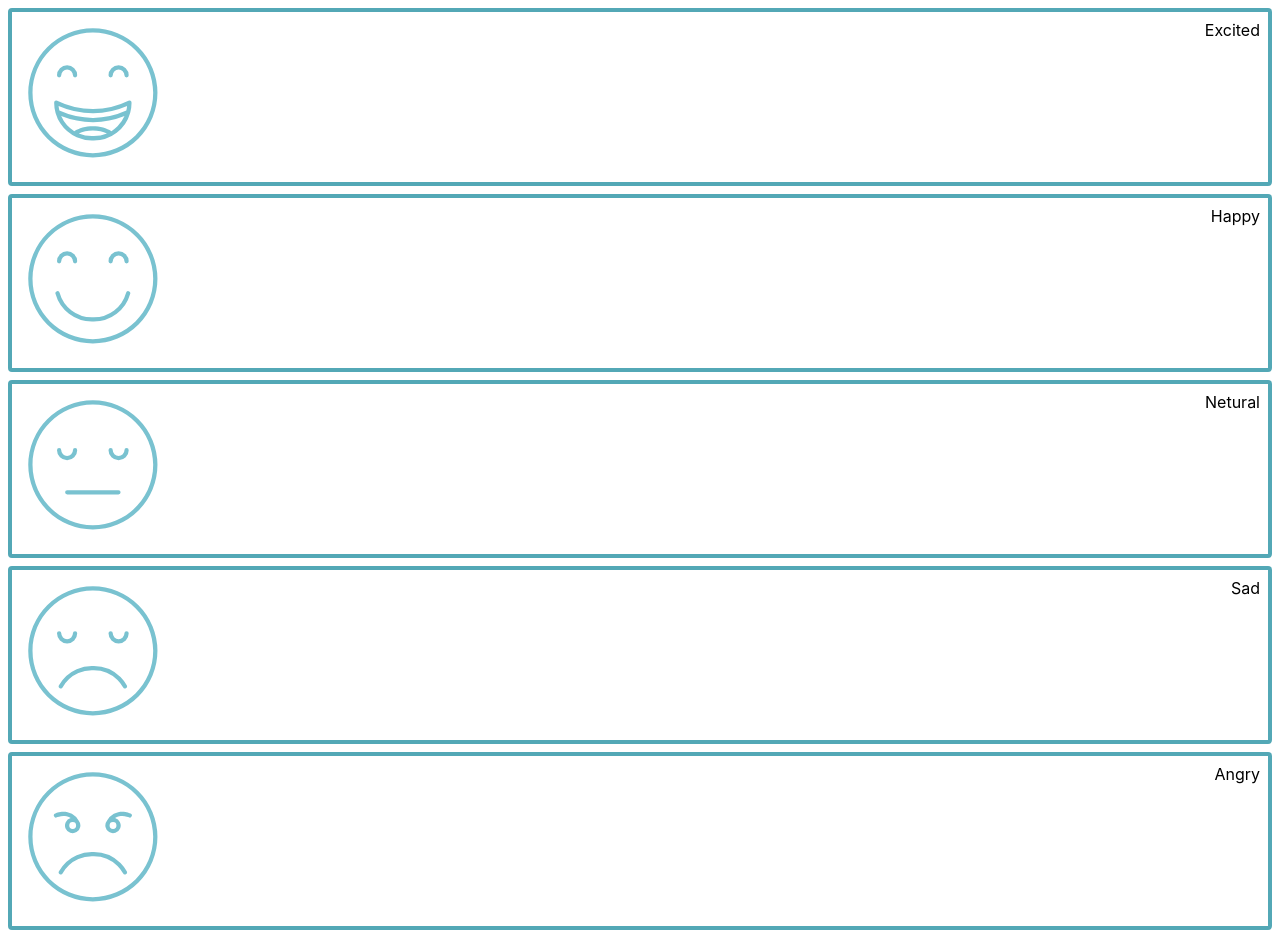
Repository: majakesin/moodify-app
Page: /
An editor plug-in stored every save of this project. The page is shown before and after the next save, followed by the edit.
The browser window is 1280 px wide. The pictures show the whole page.
The project was rebuilt for these pictures with package versions that can differ from the ones it lists, and the page was loaded fresh each time.

Above is the page before, as saved 2023-08-21 12:05:36.

After the next save:
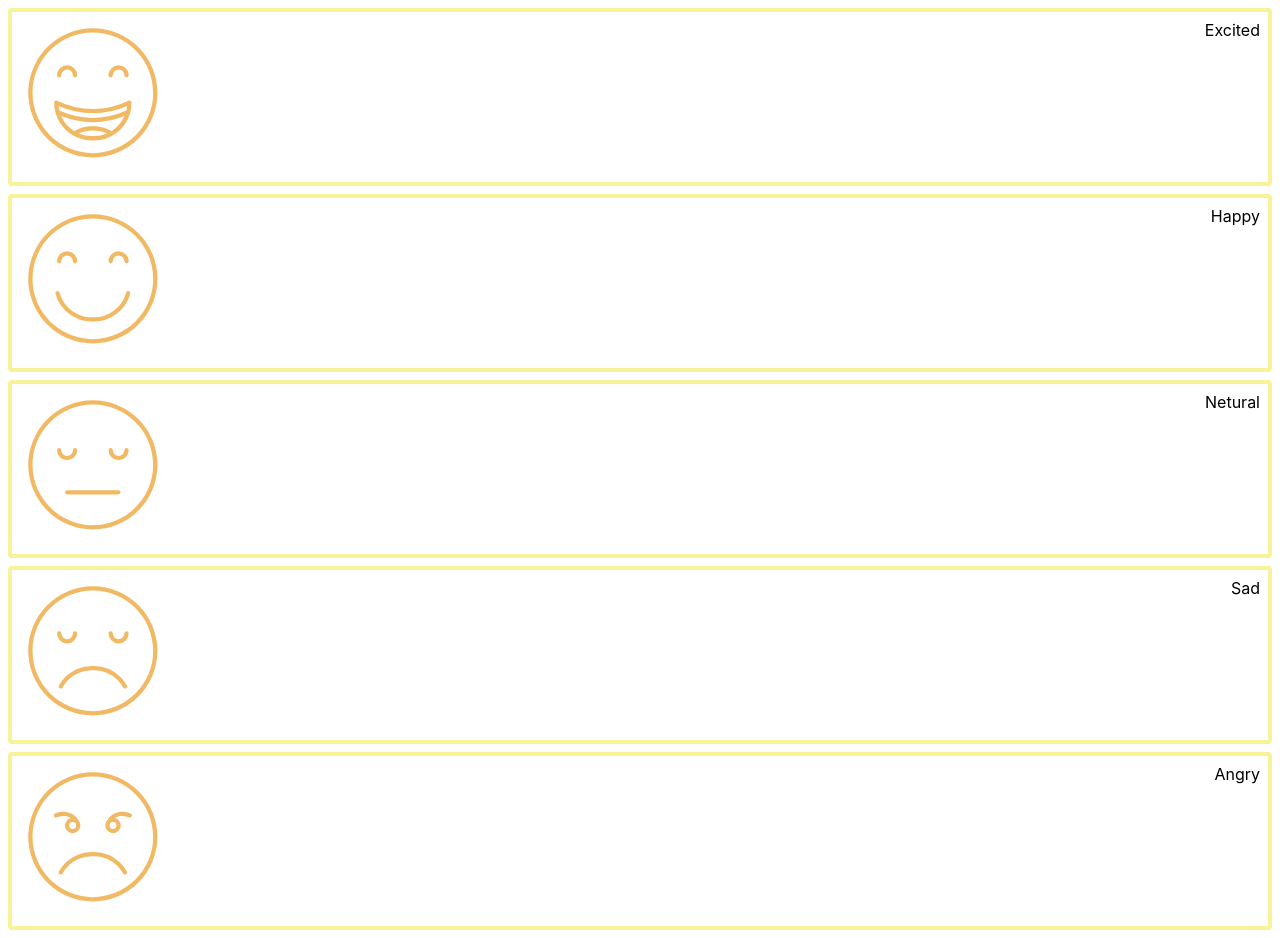
Saved 36 s later.
--- a/src/styles/variables.css
+++ b/src/styles/variables.css
@@ -1,15 +1,15 @@
 :root,
+:root.rainbow {
+    --first-color: #cbf078;
+    --second-color: #f8f398;
+    --third-color: #f1b963;
+    --fourth-color: #e46161;
+}
     :root.blue {
         --first-color: #5585b5;
         --second-color: #53a8b6;
         --third-color: #79c2d0;
         --fourth-color: #bbe4e9;
-    }
-    :root.rainbow {
-        --first-color: #cbf078;
-        --second-color: #f8f398;
-        --third-color: #f1b963;
-        --fourth-color: #e46161;
     }
     :root.pink {
         --first-color: #45171d;
